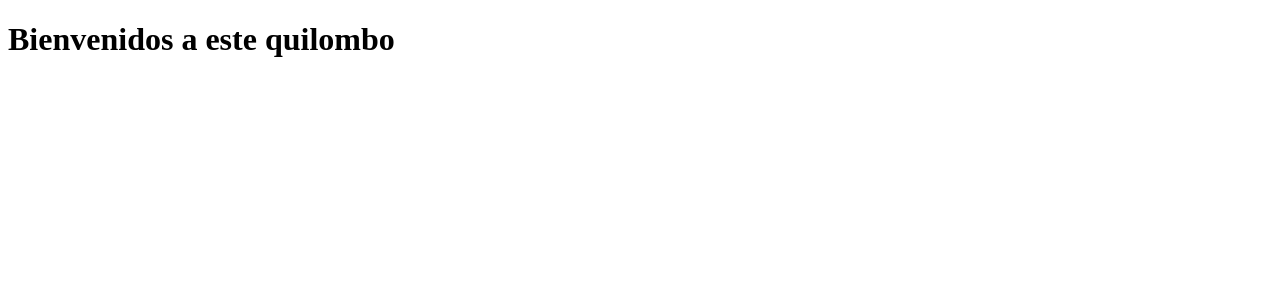
Repository: gadiazsaavedra/ejemplosDjango23850
Page: http://localhost/AppCoder/inicio
These files come from the project's save history. The page is drawn as it stood at one moment and after the next save; the edit follows.
The browser window is 1280 px wide. The pictures show the whole page.
The page is served by the project's application, run on Django 3.2 (manage.py). Other server files are loaded and not shown.

Above is the page before, as saved 2021-12-05 23:24:38.

### ProyectoCoder/ProyectoCoder/AppCoder/templates/AppCoder/inicio.html
<!DOCTYPE html>
<html lang="en">
<head>
    <meta charset="UTF-8">
    <meta http-equiv="X-UA-Compatible" content="IE=edge">
    <meta name="viewport" content="width=device-width, initial-scale=1.0">
    <title>Primer Template</title>
</head>
<body>
    <h1 style="color: ;">Bienvenidos a este quilombo</h1>




</body>
</html>

### ProyectoCoder/ProyectoCoder/AppCoder/views.py
from django.shortcuts import render
from django.http import HttpResponse
# Create your views here.

def inicio(request):

    return render(request, 'AppCoder/inicio.html')

### ProyectoCoder/ProyectoCoder/ProyectoCoder/urls.py
"""ProyectoCoder URL Configuration

The `urlpatterns` list routes URLs to views. For more information please see:
    https://docs.djangoproject.com/en/3.2/topics/http/urls/
Examples:
Function views
    1. Add an import:  from my_app import views
    2. Add a URL to urlpatterns:  path('', views.home, name='home')
Class-based views
    1. Add an import:  from other_app.views import Home
    2. Add a URL to urlpatterns:  path('', Home.as_view(), name='home')
Including another URLconf
    1. Import the include() function: from django.urls import include, path
    2. Add a URL to urlpatterns:  path('blog/', include('blog.urls'))
"""
from django.contrib import admin
from django.urls import path, include

urlpatterns = [
    path('admin/', admin.site.urls),
    path('AppCoder/', include('AppCoder.urls')),
]

### ProyectoCoder/ProyectoCoder/AppCoder/urls.py
from django.urls import path
from AppCoder import views


urlpatterns = [

    path('inicio', views.inicio),

]

After the next save:
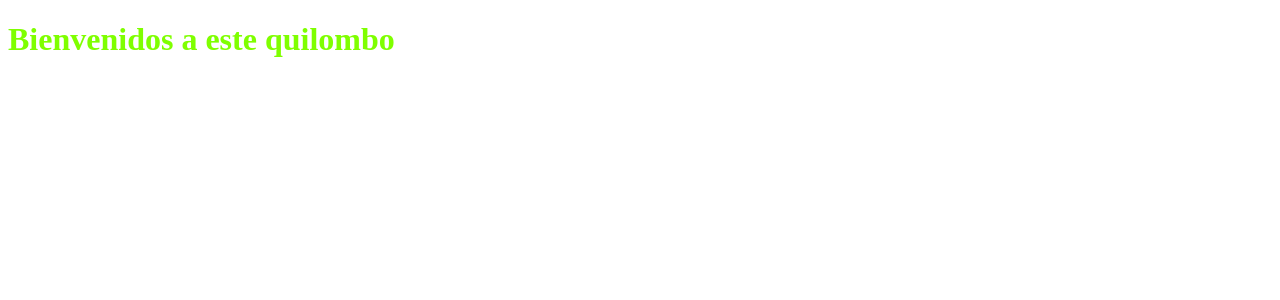
Saved 15 s later.
--- a/ProyectoCoder/ProyectoCoder/AppCoder/templates/AppCoder/inicio.html
+++ b/ProyectoCoder/ProyectoCoder/AppCoder/templates/AppCoder/inicio.html
@@ -7,7 +7,7 @@
     <title>Primer Template</title>
 </head>
 <body>
-    <h1 style="color: ;">Bienvenidos a este quilombo</h1>
+    <h1 style="color: chartreuse;">Bienvenidos a este quilombo</h1>
 
 
 
